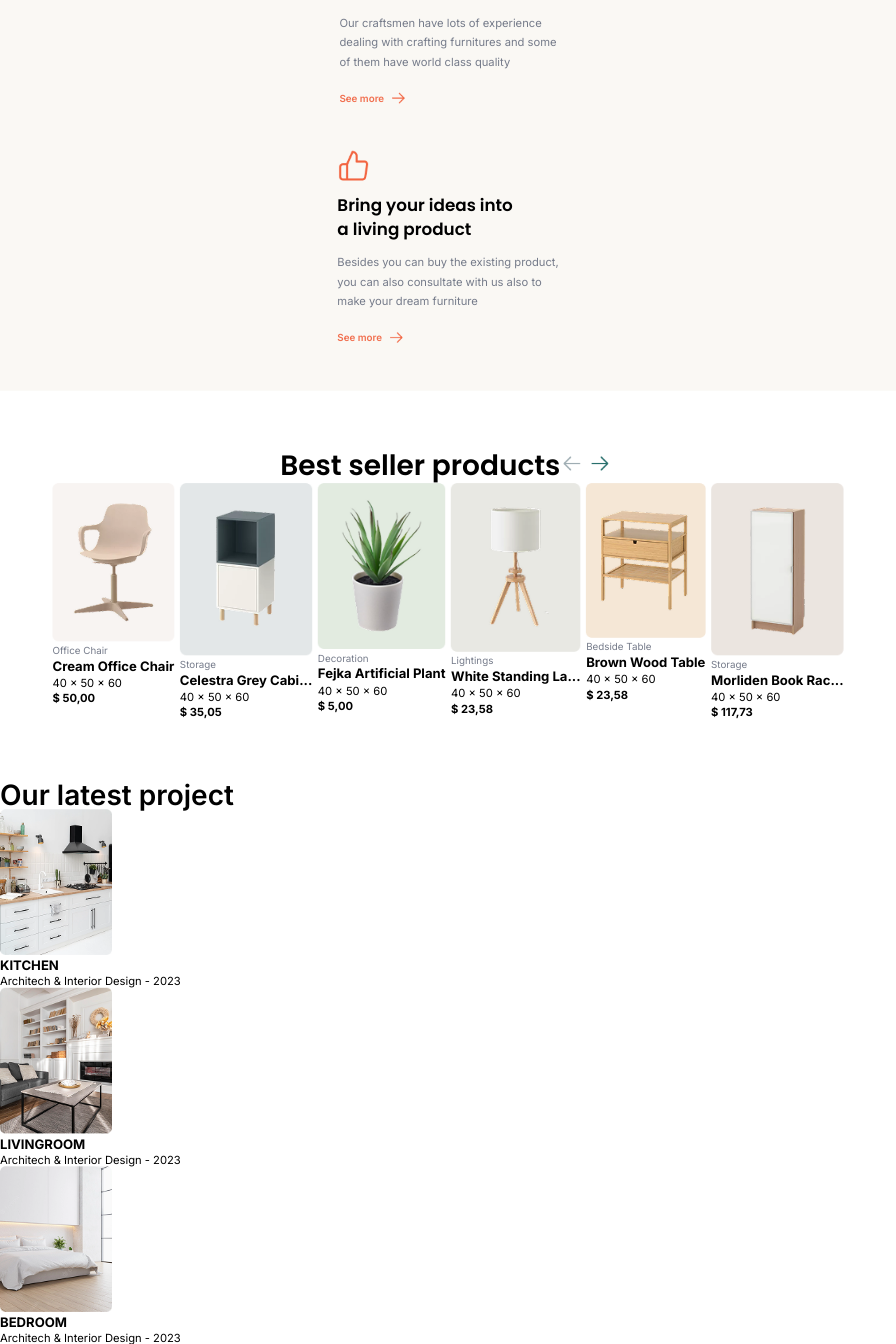
Repository: MatheusEich15/FrontEnd
Page: Prova 1 FrontEnd/Prova 1 FrontEnd/index.html
The author's editor kept a copy of each file at every save. The page is drawn from the files as they stood at one save, then again after a run of saves.
The browser window is 1280 px wide. The pictures show the part of the page from y = 1233 to 3153 px (the page is 4771 px tall), at 70% of full size.

Above is the page before, as saved 2026-03-12 14:12:00.

### Prova 1 FrontEnd/Prova 1 FrontEnd/index.html
<!DOCTYPE html>

<html lang="en">

<head>
    <meta charset="UTF-8">
    <meta name="viewport" content="width=device-width, initial-scale=1.0">
    <title>Coca</title>
    <link rel="stylesheet" href="style.css">
    <!--  -->
</head>

<body>

    <header>

        <div id="links-header"> <!-- div para links do lado esquerdo -->
            <div id="logo-header"><img src="./assets/images/Logo-images/Logo.png" alt="Logo"></div>
            <nav>
                <ul>
                    <li><a href="#"><span>About</span></a></li>
                    <li><a href="#">Blog</a></li>
                    <li><a href="#">Contact</a></li>
                </ul>
            </nav>
        </div>
        <div id="btn-header"> <!-- div para links do lado direito -->
            <a id="sign-in-btn" href="#">Sign In</a>
            <button><img src="./assets/icons/Menu.png" alt="Menu"></button>
        </div>

    </header>

    <main>

        <section id="introduction"> <!-- Introdução ao site -->
            <div id="introduction-content">
                <h3>Explore any kind of furnitures</h3>
                <h1>Better Furniture <br>
                    Better Living</h1>
                <div id="introduction-btn">
                    <a href="#">Check our projects</a>
                    <div id="right-arrow"><img src="./assets/icons/Short Right Arrow.png" alt="Seta"></div>
                </div>
            </div>
        </section>

        <section id="about"> <!-- Sobre o site -->
            <div class="title">
                <h2>What we provide</h2>
            </div>
            <div id="about-items"> <!-- Informações básicas -->
                <div class="about-item">
                    <img src="./assets/icons/Home.png" alt="Ícone de Home">
                    <h3>10 years of experience <br>
                        in furniture business</h3>
                    <p>We’re already established since 2012, and <br>
                        in 10 years we have lots of positive <br>
                        reviews and achievements</p>
                    <div id="see-more-btn">
                        <a href="#">See more</a>
                        <img src="./assets/icons/Normal Right Arrow.png" alt="Seta">
                    </div>
                </div>
                <div class="about-item">
                    <img src="./assets/icons/Credit Card.png" alt="Ícone de Cartão de Crédito">
                    <h3>Afforable price with <br>
                        world class quality</h3>
                    <p>Our craftsmen have lots of experience <br>
                        dealing with crafting furnitures and some <br>
                        of them have world class quality</p>
                    <div id="see-more-btn">
                        <a href="#">See more</a>
                        <img src="./assets/icons/Normal Right Arrow.png" alt="Seta">
                    </div>
                </div>
                <div class="about-item">
                    <img src="./assets/icons/Thumbs Up.png" alt="Ícone de Polegares Para Cima">
                    <h3>Bring your ideas into <br>
                        a living product</h3>
                    <p>Besides you can buy the existing product, <br>
                        you can also consultate with us also to <br>
                        make your dream furniture</p>
                    <div id="see-more-btn">
                        <a href="#">See more</a>
                        <img src="./assets/icons/Normal Right Arrow.png" alt="Seta">
                    </div>
                </div>
            </div>
        </section>

        <section id="products"> <!-- Produtos disponíveis -->
            <div class="title-arrows">
                <h2>Best seller products</h2>
                <div class="title-btn">
                    <img src="./assets/icons/Normal Left Arrow Sells.png" alt="Seta">
                    <img src="./assets/icons/Normal Right Arrow Sells.png" alt="Seta">
                </div>
            </div>
            <div id="products-items">
                <div class="product-item">
                    <img src="./assets/images/Products-images/Cream Office Chair.png" alt="Cadeira de Escritório Cor Creme">
                    <p><span>Office Chair</span></p>
                    <h3>Cream Office Chair</h3>
                    <p>40 x 50 x 60</p>
                    <h4>$ 50,00</h4>
                </div>
                <div class="product-item">
                    <img src="./assets/images/Products-images/Celestra Grey Cabi.png" alt="Armário Pequeno Cor Cinza e Branco">
                    <p><span>Storage</span></p>
                    <h3>Celestra Grey Cabi...</h3>
                    <p>40 x 50 x 60</p>
                    <h4>$ 35,05</h4>
                </div>
                <div class="product-item">
                    <img src="./assets/images/Products-images/Fejka Artificial Plant.png" alt="Planta Artificial em Vaso Cor Cinza">
                    <p><span>Decoration</span></p>
                    <h3>Fejka Artificial Plant</h3>
                    <p>40 x 50 x 60</p>
                    <h4>$ 5,00</h4>
                </div>
                <div class="product-item">
                    <img src="./assets/images/Products-images/White Standing La.png" alt="Luminária Cor Branca">
                    <p><span>Lightings</span></p>
                    <h3>White Standing La...</h3>
                    <p>40 x 50 x 60</p>
                    <h4>$ 23,58</h4>
                </div>
                <div class="product-item">
                    <img src="./assets/images/Products-images/Brown Wood Table.png" alt="Mesa de Madeira Cor Marrom">
                    <p><span>Bedside Table</span></p>
                    <h3>Brown Wood Table</h3>
                    <p>40 x 50 x 60</p>
                    <h4>$ 23,58</h4>
                </div>
                <div class="product-item">
                    <img src="./assets/images/Products-images/Morliden Book Rac.png" alt="Armário Médio Moderno Cor Branca">
                    <p><span>Storage</span></p>
                    <h3>Morliden Book Rac...</h3>
                    <p>40 x 50 x 60</p>
                    <h4>$ 117,73</h4>
                </div>
            </div>
        </section>

        <section id="projects"> <!-- Demonstrações de projetos -->
            <div class="title">
                <h2><span>Our latest project</span></h2>
            </div>
            <div id="projects-items">
                <div class="project-item">
                    <img src="./assets/images/Projects-images/Kitchen.png" alt="Demonstração de Cozinha">
                    <h3>KITCHEN</h3>
                    <p>Architech & Interior Design - 2023</p>
                </div>
                <div class="project-item">
                    <img src="./assets/images/Projects-images/Livingroom.png" alt="Demonstração de Sala de Estar">
                    <h3>LIVINGROOM</h3>
                    <p>Architech & Interior Design - 2023</p>
                </div>
                <div class="project-item">
                    <img src="./assets/images/Projects-images/Bedroom.png" alt="Demonstração de Quarto">
                    <h3>BEDROOM</h3>
                    <p>Architech & Interior Design - 2023</p>
                </div>
                <div class="project-item">
                    <img src="./assets/images/Projects-images/Bathroom.png" alt="Demonstração de Banheiro">
                    <h3>BATHROOM</h3>
                    <p>Architech & Interior Design - 2023</p>
                </div>
            </div>
            <div id="project-btn"> <!-- Seta do Desktop para ver mais projetos -->
                <img src="./assets/icons/Normal Right Arrow Projects.png" alt="Seta">
            </div>
        </section>

        <section id="news"> <!-- Novidades -->
            <div id="news-content">
                <h3>Newcomer product</h3>
                <div class="title">
                    <h2>2 seater Sofa</h2>
                </div>
                <p>Lorem ipsum dolor sit amet, consectetur adipiscing elit. Egestas luctus malesuada et volutpat, pellentesque dignissim suscipit. </p>
                <div id="available-colors">
                    <h4>Available Colors</h4>
                    <img src="./assets/images/News-images/Available Colors.png" alt="Cores Disponíveis">
                </div>
                <div id="news-btn">
                    <a href="#">Shop Now</a>
                    <div id="right-arrow"><img src="./assets/icons/Short Right Arrow.png" alt="Seta"></div>
                </div>
            </div>
        </section>

        <section id="testimonials">
            <div class="title">
                <h2>What our clients say</h2>
                <div class="title-btn">
                    <img src="./assets/icons/Normal Left Arrow Sells.png" alt="Seta">
                    <img src="./assets/icons/Normal Right Arrow Sells.png" alt="Seta">
                </div>
            </div>
            <div id="testimonials-card">
                <img src="./assets/images/Testimonials-images/Testimonial Person.png" alt="Foto de pessoa">
                <img src="./assets/icons/Testimonial Person “.png" alt="Ícone de Aspas Duplas">
                <h3>As expected, 10 years
                    experience on furniture
                    business will not disappointing
                    at all</h3>
                <p>As they said, their 10 years of
                    experience in furniture and interior
                    business is real. They work it
                    professionally and friendly at the
                    same time and of course the results
                    is beyond my expectations.</p>
                <h4>Roy Rakabuming</h4>
                <div id="1-decorative">
                    <p>1</p>
                </div>
            </div>
        </section>

    </main>

    <footer>

        <div id="footer-top"> <!-- Parte superior à divisória do footer -->
            <div id="logo-footer"><img src="./assets/images/Logo-images/Logo.png" alt="Logo"></div>
            <div><h4>Better Furniture, Better Living</h4></div>
            <div id="footer-contact">
                <div id="address">
                    <div id="address-title">
                        <img src="./assets/icons/Pin.png" alt="Marcador">
                        <h4>Address</h4>
                    </div>
                    <p>7319 Wagon Lane Bradenton, FL 34203</p>
                </div>
                <div id="contact-us">
                    <div id="contact-us-title">
                        <img src="./assets/icons/Envelope.png" alt="Envelope">
                        <h4>Contact Us</h4>
                    </div>
                    <p>hellosansbrothers@gmail.com</p>
                </div>
            </div>
            <div id="footer-links"> <!-- Links do footer -->
                <nav id="footer-website">
                    <h2>Website</h2>
                    <ul>
                        <li><a href="#">Home</a></li>
                        <li><a href="#">About Us</a></li>
                        <li><a href="#">Services</a></li>
                        <li><a href="#">Contact Us</a></li>
                    </ul>
                </nav>
                <nav id="footer-products">
                    <h2>Products</h2>
                    <ul>
                        <li><a href="#">Tables</a></li>
                        <li><a href="#">Chairs</a></li>
                        <li><a href="#">Storages</a></li>
                        <li><a href="#">Decorations</a></li>
                    </ul>
                </nav>
            </div>
        </div>
        <div id="footer-bottom"> <!-- Parte inferior à divisória do footer -->
            <div id="copyrights">
                <p>© Sans Brothers</p>
            </div>
            <div id="footer-policy">
                <p>Privacy and Terms</p>
                <p>Legal Notice</p>
                <p>Languanges</p>
            </div>
            <div id="footer-media">
                <img src="./assets/icons/Facebook Logo.png" alt="Logo do Facebook">
                <img src="./assets/icons/Instagram Logo.png" alt="Logo do Intagram">
                <img src="./assets/icons/Twitter Logo.png" alt="Logo do Twitter">
                <img src="./assets/icons/Linkedin Logo.png" alt="Logo do Linkedin">
            </div>
        </div>

    </footer>

</body>

</html>

### Prova 1 FrontEnd/Prova 1 FrontEnd/style.css
@import url('https://fonts.googleapis.com/css2?family=Inter:ital,opsz,wght@0,14..32,100..900;1,14..32,100..900&family=Poppins:ital,wght@0,100;0,200;0,300;0,400;0,500;0,600;0,700;0,800;0,900;1,100;1,200;1,300;1,400;1,500;1,600;1,700;1,800;1,900&family=Raleway:ital,wght@0,100..900;1,100..900&display=swap');

:root {
    --p-font: Inter; /* Fonte de parágrafos */
    --h-font: Poppins; /* Fonte de Títulos */
    --i-font: Raleway; /* Fonte de informações */
    --white: #FFFFFF;
    --off-white: #FAF8F4;
    --blue: #0F3141;
    --black: #000000;
    --orange: #F16F4F;
    --lite-orange: #EF7D60;
    --grey: #757B8A;
}

* {
    margin: 0;
    padding: 0;
    font-family: var(--p-font);
}

li {
    list-style: none;
}

a {
    text-decoration: none;
    color: var(--black);
}

button {
    background-color: transparent;
    border: none;
}

header {
    margin: 0.75rem 1.25rem 0rem 1.25rem;
    display: flex;
    justify-content: space-between;
    align-items: center;
}

#links-header nav {
    display: none;
}

#btn-header a {
    display: none;
}

#introduction {
    background: linear-gradient(to bottom, var(--white) 0%, var(--white) 20%, transparent 100%), url(./assets/images/Instroduction-images/Introduction\ Background\ Image.png);
    background-position: bottom;
    background-repeat: no-repeat;
    background-size: auto 375px;
}

#introduction-content {
    margin-top: 4.813rem;
    color: var(--black);
    display: flex;
    flex-direction: column;
    align-items: center;
}

#introduction-content h3 {
    font-weight: 500;
    font-size: 0.875rem;
    line-height: 1.875rem;
    letter-spacing: 1%;
    text-transform: uppercase;
    text-align: center;
    color: var(--blue);
}

#introduction-content h1 {
    margin-top: 0.5rem;
    font-family: var(--h-font);
    font-weight: 600;
    font-size: 2.75rem;
    line-height: 3.25rem;
    letter-spacing: -3%;
    text-align: center;
}

#introduction-btn {
    width: 15.125rem;
    height: 3.5rem;
    margin-top: 1.5rem;
    background-color: var(--orange);
    display: flex;
    justify-content: center;
    align-items: center;
    gap: 1rem;
    border-radius: 0.25rem;
    margin-bottom: 12.875rem;
}

#right-arrow {
    width: 2rem;
    height: 2rem;
    border-radius: 100%;
    background-color: var(--lite-orange);
    display: flex;
    justify-content: center;
    align-items: center;
}

#introduction-btn a {
    color: var(--white);
    font-weight: 600;
    font-size: 1.125rem;
    line-height: 100%;
    letter-spacing: -1%;
}

#about {
    display: flex;
    flex-direction: column;
    align-items: center;
    background-color: var(--off-white);
}

.title h2 {
    font-family: var(--h-font);
    margin-top: 5.563rem;
    font-weight: 600;
    font-size: 2.5rem;
    line-height: 100%;
    letter-spacing: -3%;
}

#about-items {
    margin-top: 3.313rem;
    display: flex;
    flex-direction: column;
    align-items: center;
    gap: 3.75rem;
    margin-bottom: 3.938rem;
}

.about-item h3 {
    margin-top: 0.75rem;
    font-family: var(--h-font);
    font-weight: 600;
    font-size: 1.5rem;
    line-height: 2.125rem;
    letter-spacing: -2%;
}

.about-item p {
    margin-top: 1rem;
    color: var(--grey);
    font-weight: 400;
    font-size: 1rem;
    line-height: 1.75rem;
    letter-spacing: 1%;
}

#see-more-btn {
    margin-top: 1.5rem;
    display: flex;
    align-items: center;
    gap: 0.5rem;
}

#see-more-btn a {
    color: var(--orange);
    font-weight: 600;
    font-size: 0.875rem;
    line-height: 1.688rem;
    letter-spacing: 1%;
}

#products {
    display: flex;
    flex-direction: column;
    align-items: center;
}

.title-arrows {
    margin: 5rem 1.938rem 0rem 1.5rem;
    display: flex;
}

.title-arrows h2 {
    font-family: var(--h-font);
    font-weight: 600;
    font-size: 2.5rem;
    line-height: 3.25rem;
    letter-spacing: -3%;
}

.title-btn {
    display: flex;
    align-items: end;
    gap: 0.5rem;
    margin-bottom: 0.75rem;
}

.title-btn img {
    max-width: 2rem;
    max-height: 2rem;
}

#products-items {
    display: flex;
    flex-wrap: wrap;
    justify-content: center;
    gap: 0.5rem;
}

.product-item {
    display: flex;
    flex-direction: column;
    gap: 0.125rem;
    font-family: var(--i-font);
}

.product-item p span {
    color: var(--grey);
    font-weight: 400;
    font-size: 0.875rem;
    line-height: 100%;
    letter-spacing: 1%;
}

.product-item h3 {
    color: ;
}

After the next 4 saves:
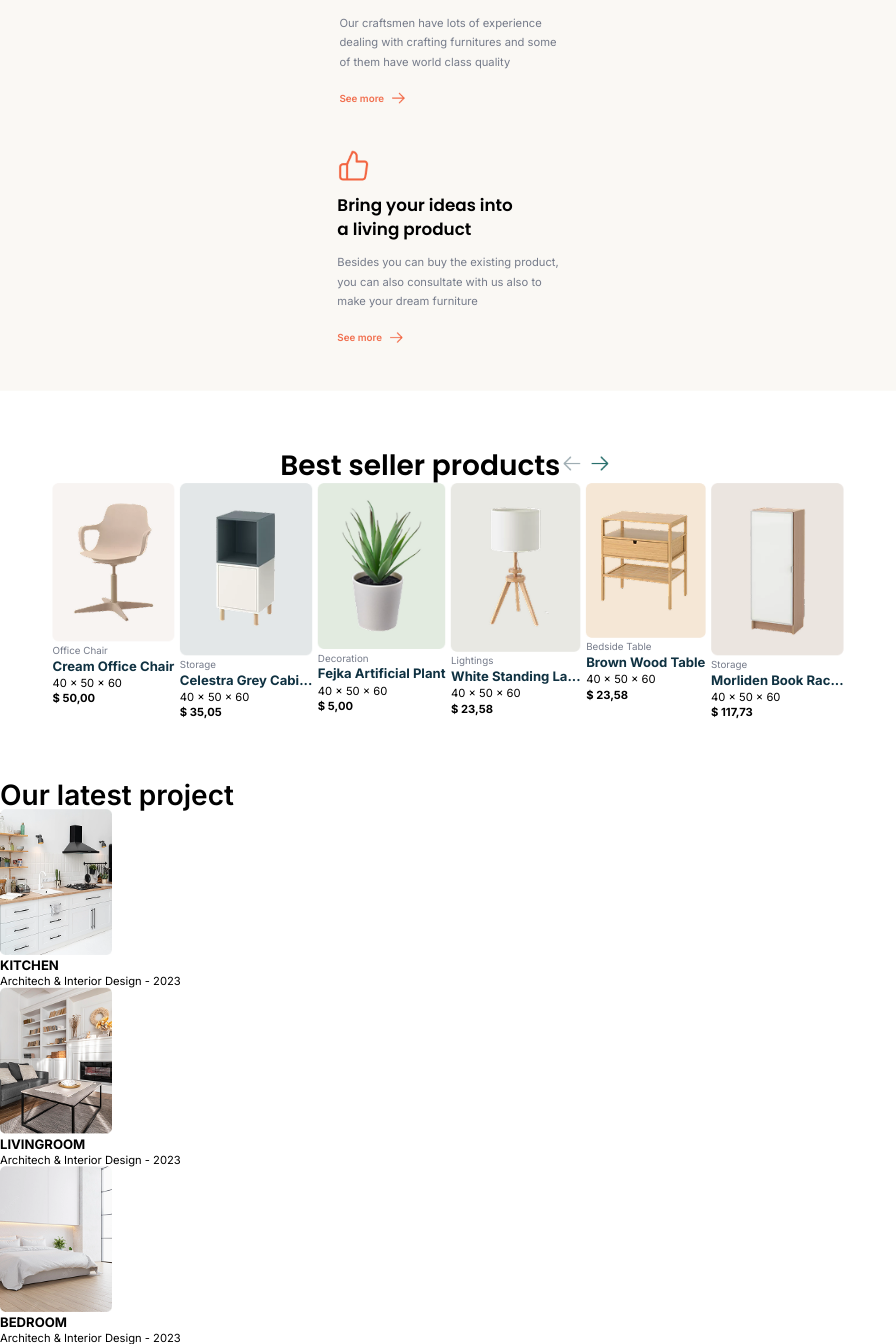
The 4 saves are shown as one change because they came seconds apart.
The last was saved 12 s later.
--- a/Prova 1 FrontEnd/Prova 1 FrontEnd/style.css
+++ b/Prova 1 FrontEnd/Prova 1 FrontEnd/style.css
@@ -226,5 +226,7 @@ header {
 }
 
 .product-item h3 {
-    color: ;
-}
+    color: var(--blue);
+    font-weight: ;
+    font
+}
